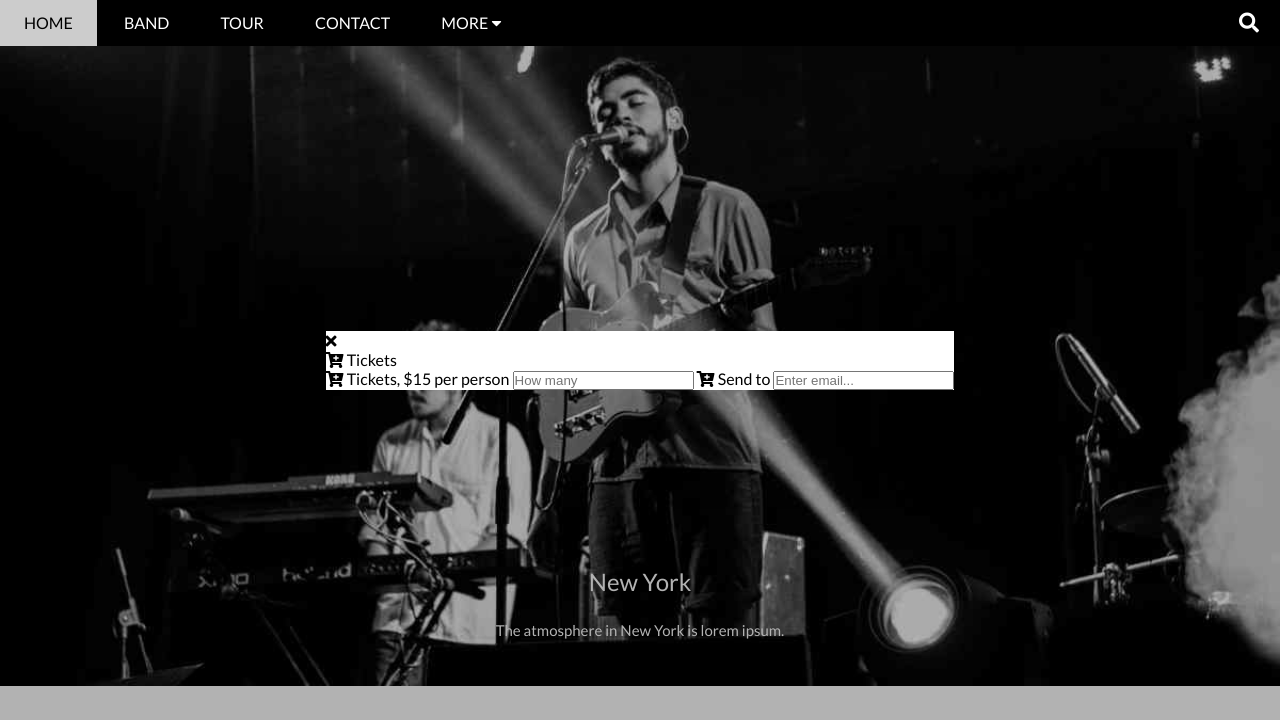
Repository: phunobi1807/theband
Page: index.html
These files come from the project's save history. The page is drawn as it stood at one moment and after the next save; the edit follows.
The browser window is 1280 px wide. The pictures show the window.
A layer covers the whole window, so only the first screen is drawn.

Above is the page before, as saved 2021-07-16 19:42:39.

### index.html
<!DOCTYPE html>
<html lang="en">

<head>
    <meta charset="UTF-8">
    <meta http-equiv="X-UA-Compatible" content="IE=edge">
    <meta name="viewport" content="width=device-width, initial-scale=1.0">
    <title>Document</title>
    <link rel="icon" href="favicon.ico" type="/assets/img/bandmember.jpg" />
    <link rel="stylesheet" href="./assets/css/style.css">
    <link rel="stylesheet" href="https://use.fontawesome.com/releases/v5.15.3/css/all.css"
        integrity="sha384-SZXxX4whJ79/gErwcOYf+zWLeJdY/qpuqC4cAa9rOGUstPomtqpuNWT9wdPEn2fk" crossorigin="anonymous">
</head>

<body>
    <div id="main">
        <div id="header">
            <!-- Begin: Nav  -->
            <ul id="nav">
                <li><a href="">Home</a></li>
                <li><a href="">Band</a></li>
                <li><a href="">Tour</a></li>
                <li><a href="">Contact</a></li>
                <li>
                    <a href="">
                        More
                        <i class="fa fa-caret-down"></i>

                    </a>
                    <ul class="subnav">
                        <li><a href="">Merchandise</a></li>
                        <li><a href="">Extras</a></li>
                        <li><a href="">Media</a></li>
                    </ul>
                </li>
            </ul>
            <!-- END: Nav  -->


            <!-- Begin: Search  -->
            <div class="search-btn">
                <i class="search-icon fas fa-search"></i>
            </div>
            <!-- END: Search  -->
        </div>

        <div id="slider">
            <div class="text-content">
                <h2 class="text-heading">
                    New York
                </h2>
                <div class="text-description">
                    The atmosphere in New York is lorem ipsum.
                </div>
            </div>
        </div>

        <div id="content">

            <!-- About Section  -->
            <div class="content-section">
                <h2 class="section-heading">
                    THE BAND
                </h2>
                <p class="section-sub-heading">
                    We love music
                </p>
                <p class="about-text">
                    We have created a fictional band website. Lorem ipsum dolor sit amet, consectetur adipiscing elit,
                    sed do eiusmod tempor incididunt ut labore et dolore magna aliqua. Ut enim ad minim veniam, quis
                    nostrud exercitation ullamco laboris nisi ut aliquip
                    ex ea commodo consequat. Duis aute irure dolor in reprehenderit in voluptate velit esse cillum
                    dolore eu fugiat nulla pariatur. Excepteur sint occaecat cupidatat non proident, sunt in culpa qui
                    officia deserunt mollit anim id est laborum consectetur
                    adipiscing elit, sed do eiusmod tempor incididunt ut labore et dolore magna aliqua. Ut enim ad minim
                    veniam, quis nostrud exercitation ullamco laboris nisi ut aliquip ex ea commodo consequat.
                </p>
                <div class="members-list">
                    <div class="member-item">
                        <p class="member-name">
                            Name
                        </p>
                        <img src="./assets/img/bandmember.jpg" alt="Name" class="member-img">
                    </div>
                    <div class="member-item">
                        <p class="member-name">
                            Name
                        </p>
                        <img src="./assets/img/bandmember.jpg" alt="Name" class="member-img">
                    </div>
                    <div class="member-item">
                        <p class="member-name">
                            Name
                        </p>
                        <img src="./assets/img/bandmember.jpg" alt="Name" class="member-img">
                    </div>
                </div>
                <div class="clear"></div>
            </div>

            <!-- Tour Section  -->
            <div class="tour-section">
                <div class="content-section">
                    <h2 class="section-heading text-white">
                        TOUR DATES
                    </h2>
                    <p class="section-sub-heading text-white">
                        Remember to book your tickets!
                    </p>
                    <ul class="tickets-list">
                        <li>September <span class="sold-out">Sold out</span></li>
                        <li>October <span class="sold-out">Sold out</span></li>
                        <li>November <span class="quantity">3</span></li>
                    </ul>
                    <!-- Places  -->
                    <div class="places-list">
                        <div class="place-item">
                            <img src="./assets/img/place1.jpg" alt="New York" class="place-img">
                            <div class="place-body">
                                <h3 class="place-heading">
                                    New York
                                </h3>
                                <p class="place-time">
                                    Fri 27 Nov 2016
                                </p>
                                <p class="place-description">
                                    Praesent tincidunt sed tellus ut rutrum sed vitae justo.
                                </p>
                                <a href="#" class="place-buy-btn" onclick="myFunction()">Buy Tickets</a>
                            </div>
                        </div>
                        <div class="place-item">
                            <img src="./assets/img/place2.jpg" alt="New York" class="place-img">
                            <div class="place-body">
                                <h3 class="place-heading">
                                   Paris
                                </h3>
                                <p class="place-time">
                                    Fri 28 Nov 2016
                                </p>
                                <p class="place-description">
                                    Praesent tincidunt sed tellus ut rutrum sed vitae justo.
                                </p>
                                <a href="#" class="place-buy-btn" onclick="myFunction()">Buy Tickets</a>
                            </div>
                        </div>
                        <div class="place-item">
                            <img src="./assets/img/place3.jpg" alt="New York" class="place-img">
                            <div class="place-body">
                                <h3 class="place-heading">
                                    San Francisco
                                </h3>
                                <p class="place-time">
                                    Fri 29 Nov 2016
                                </p>
                                <p class="place-description">
                                    Praesent tincidunt sed tellus ut rutrum sed vitae justo.
                                </p>
                                <a href="#" class="place-buy-btn" onclick="myFunction()">Buy Tickets</a>
                            </div>
                        </div>
                        <div class="clear"></div>
                    </div>
                </div>
            </div>

            <!-- Contact Section  -->
            <div class="content-section">
                <h2 class="section-heading">
                    CONTACT
                </h2>
                <p class="section-sub-heading">
                    Fan? Drop a note!
                </p>
            </div>
        </div>


        <div id="footer">

        </div>
    </div>
    <div class="modal">
            <div class="modal-container">
                <div class="modal-close">
                    <i class="fas fa-times"></i>
                </div>
                <header class="modal-header">
                    <i class="fas fa-cart-plus"></i>
                    Tickets
                </header>
                <div class="modal-body">
                    <label for="" class="modal-label">
                        <i class="fas fa-cart-plus"></i>
                        Tickets, $15 per person
                    </label>
                    <input type="text" class="modal-input" placeholder="How many">

                    <label for="" class="modal-label">
                        <i class="fas fa-cart-plus"></i>
                        Send to
                    </label>
                    <input type="email" class="modal-input" placeholder="Enter email...">

                </div>
            </div>
    </div>

</body>

</html>

### assets/css/style.css
/* Reset CSS  */
@import url(https://fonts.googleapis.com/css2?family=Lato:wght@100;200;300;400;500;600;800;900&display=swap);
*
{
    padding: 0;
    margin: 0;
    box-sizing: border-box;
}

html
{
    scroll-behavior: smooth;
    font-family: 'Lato', sans-serif;
}
/*
1.Từ ngoài vào trong
2.Từ trên xuống dưới
3.Tổng quan đến chi tiết
 */


/* 1.Vị trí
    2.Kích thướt
    3.Màu sắc
    4.Kiểu dáng
 */
 .clear
 {
     clear: both;
 }
.text-white
{
    color: #fff !important;
}




 #header
 {
    height: 46px;
    background-color: #000;
    position: fixed;
    top: 0;
    left: 0;
    right: 0;
    z-index: 1;
 }

 #nav
 {
     display: inline-block;
 }
 #nav, .subnav
 {
     list-style-type: none;
 }

 #nav > li
 {
    display: inline-block;
 }

 #nav li
 {

     position: relative;

 }
 #nav >  li:hover > a,
 #nav .subnav li:hover a
 {
     color: #000;
     background-color: #ccc;
 }

 #nav > li > a
 {
    color: #fff;
    text-transform: uppercase;
 }
 #nav li a
 {
    line-height: 46px;
    padding: 0px 24px;
    text-decoration: none;
    display: block;
 }
 #nav li:hover .subnav
 {
     display: block;
 }
 #nav .subnav
 {
     display: none;
     min-width: 160px;
     position: absolute;
     top: 100%;
     background-color: #fff;
     box-shadow: 0 0 10px rgba(0, 0, 0, 0.3);
 }
 #nav .subnav a
 {
     color: #000;
     padding: 0px 12px;
     line-height: 38px;
 }


 #header .search-btn
{
    float: right;
    padding: 0px 21px;
}
#header .search-btn:hover
{
    background-color: #f44336;
    cursor: pointer;
}

#header .search-icon
{
    color: #fff;
    font-size: 20px;
    line-height: 46px;


}
 #slider
 {
   position: relative;
   margin-top: 46px;
   padding-top: 50%;
   background: url('/assets/img/chicago.jpg') center / cover no-repeat ;
 }

#slider .text-content
{
    position: absolute;
    bottom: 47px;
    color: #fff;
    text-align: center;
    width: 100%;
}

#slider .text-heading
{
    font-weight: 500;
    font-size: 24px;
}

#slider .text-description
{
    font-size: 15px;
    margin-top: 25px;
}


 #content
 {

 }

 #content .content-section
 {
     width: 800px;
     padding: 64px 0px;
     margin: auto;
 }

 #content .section-heading
 {
     font-size: 30px;
     text-align: center;
     font-weight: 500;
     letter-spacing: 4px;
 }
 #content .section-sub-heading
 {
     font-size: 15px;
     text-align: center;
     margin: 25px 0px;
     font-style: italic;
     opacity: 0.6;

 }

 #content .about-text
 {
     font-size: 15px;
     text-align: justify;
     line-height: 1.4;
 }
 #content .members-list
 {
     margin-top: 48px;
 }

 #content .member-item
 {
     float: left;
     width: 33.3333333%;
     text-align: center;
 }

 #content .member-name
 {
     font-size: 15px;

 }
 #content .member-img
{
    margin-top: 15px;
    width: 154px;
    border-radius: 4px;
}

/* Tour section  */
.tour-section
{
    background-color: #000;
}
.tickets-list
{
    background-color: #fff;
    margin-top: 40px;
}

.tickets-list li
{
    color: #757575;
    font-size: 15px;
    padding: 11px 16px;
    list-style-type: none;
    border-bottom: 1px solid #ddd;
}
.tickets-list .sold-out
{
background-color: #f44336;
color: #fff;
padding: 3px 4px;
margin-left: 16px;
}
.tickets-list .quantity
{
    float: right;
    width: 24px;
    height: 24px;
    background-color: #000;
    color: #fff;
    border-radius: 50%;
    text-align: center;
    line-height: 24px;
    margin-top: -2px;
}

/* Places  */
.places-list
{
    margin: 32px -8px 0px;
    padding-bottom: 48px;
}
.place-item
{
    float: left;
    width: 33.333333%;
    padding: 0px 8px;
}
.place-img
{
    width: 100%;
    display: block;
}
.place-img:hover
{
    opacity: 0.6;
}
.place-body
{
    padding: 16px;
    font-size: 15px;
    background-color: #fff;
}
.place-heading
{
   font-size: 15px;
   font-weight: 600;
}
.place-time
{
    margin-top: 15px;
    color: #757575;
}
.place-description
{
    margin-top: 15px;
    line-height: 1.4;
}
.place-buy-btn
{
    color: #fff;
    background-color: #000;
    text-decoration: none;
    padding: 11px 16px;
    display: inline-block;
    margin-top: 15px;
}
.place-buy-btn:hover
{
    color: #000;
    background-color: #ccc;
}
 #footer
 {

 }

 .modal
 {
     position: fixed;
     top: 0;
     right: 0;
     bottom: 0;
     left: 0;
     background-color: rgba(0,0,0,0.3);
     display: flex;
     align-items: center;
     justify-content: center;
 }
.modal-container
{
    background: #fff;
}

After the next save:
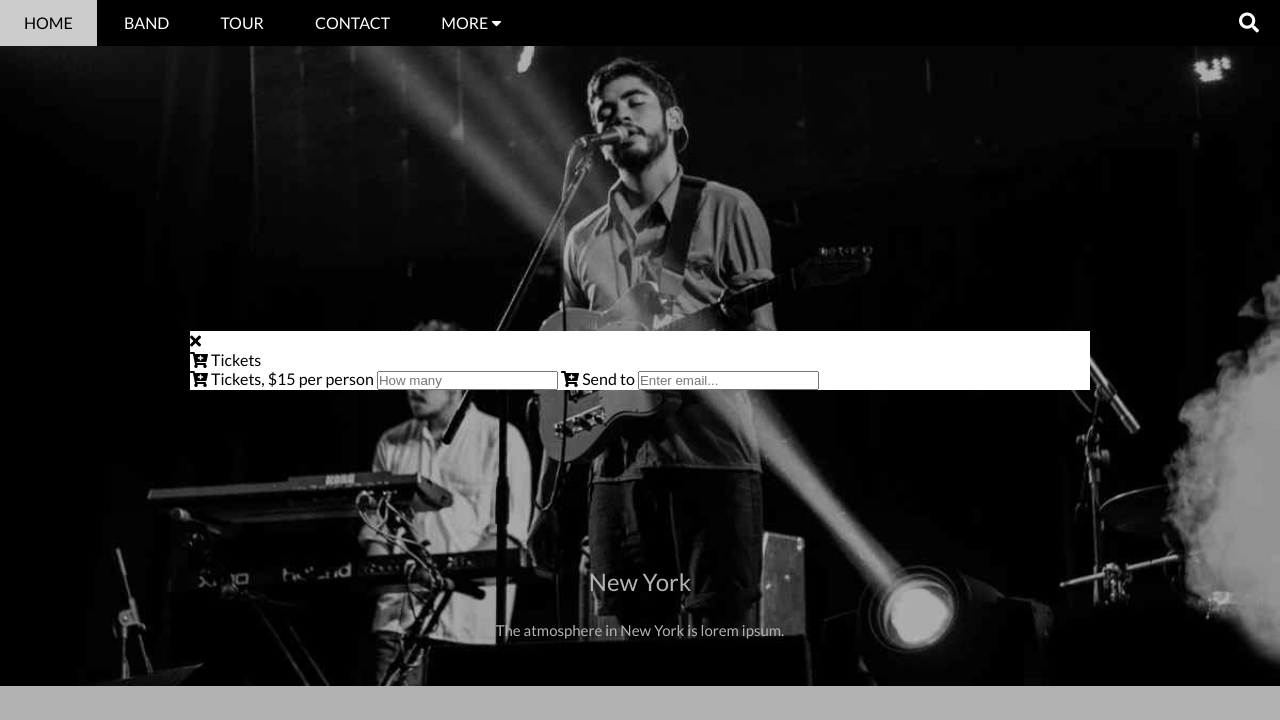
Saved 32 s later.
--- a/assets/css/style.css
+++ b/assets/css/style.css
@@ -330,4 +330,5 @@ margin-left: 16px;
 .modal-container
 {
     background: #fff;
-}
+    width: 900px;
+}
